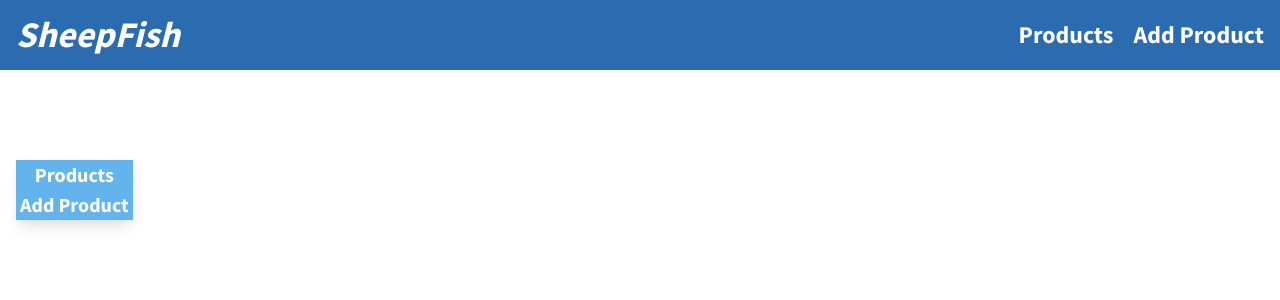
Repository: Marhamat92/sheep-fish-task
Page: /products/add
An editor plug-in stored every save of this project. The page is shown before and after the next save, followed by the edit.
The browser window is 1280 px wide. The pictures show the whole page.
The project was rebuilt for these pictures with package versions that can differ from the ones it lists, and the page was loaded fresh each time. Also part of the build but not shown: src/App.css.

Above is the page before, as saved 2023-03-28 01:05:54.

### public/index.html
<!DOCTYPE html>
<html lang="en">

<head>
  <meta charset="utf-8" />
  <link rel="icon" href="%PUBLIC_URL%/favicon.ico" />
  <meta name="viewport" content="width=device-width, initial-scale=1" />
  <meta name="theme-color" content="#000000" />
  <meta name="description" content="Web site created using create-react-app" />
  <link rel="apple-touch-icon" href="%PUBLIC_URL%/logo192.png" />
  <link rel="preconnect" href="https://fonts.googleapis.com">
  <link rel="preconnect" href="https://fonts.gstatic.com" crossorigin>
  <link href="https://fonts.googleapis.com/css2?family=Source+Sans+Pro:wght@200;300;400;600;700;900&display=swap"
    rel="stylesheet">
  <!--
      manifest.json provides metadata used when your web app is installed on a
      user's mobile device or desktop. See https://developers.google.com/web/fundamentals/web-app-manifest/
    -->
  <link rel="manifest" href="%PUBLIC_URL%/manifest.json" />
  <!--
      Notice the use of %PUBLIC_URL% in the tags above.
      It will be replaced with the URL of the `public` folder during the build.
      Only files inside the `public` folder can be referenced from the HTML.

      Unlike "/favicon.ico" or "favicon.ico", "%PUBLIC_URL%/favicon.ico" will
      work correctly both with client-side routing and a non-root public URL.
      Learn how to configure a non-root public URL by running `npm run build`.
    -->
  <title>SheepFish</title>
</head>

<body>
  <noscript>You need to enable JavaScript to run this app.</noscript>
  <div id="root"></div>
  <!--
      This HTML file is a template.
      If you open it directly in the browser, you will see an empty page.

      You can add webfonts, meta tags, or analytics to this file.
      The build step will place the bundled scripts into the <body> tag.

      To begin the development, run `npm start` or `yarn start`.
      To create a production bundle, use `npm run build` or `yarn build`.
    -->
</body>

</html>

### src/index.css
@tailwind base;
@tailwind components;
@tailwind utilities;


body {
  font-family: 'Source Sans Pro', sans-serif;
}

code {
  font-family: 'Source Sans Pro', sans-serif;
}

### src/App.tsx
import React from "react";
import logo from "./logo.svg";
import "./App.css";
import Header from "./components/Header";

function App() {
  return (
    <div>
      <Header />
    </div>
  );
}

export default App;

### src/components/Header.tsx
import React, { useEffect, useState } from "react";
import { Link } from "react-router-dom";
import { BiMenu } from "react-icons/bi";

type Props = {};

const Header = (props: Props) => {
  const [mobileMenu, setMobileMenu] = useState(false);
  const [showMenu, setShowMenu] = useState(true);

  const checkScreenSize = () => {
    if (window.innerWidth <= 768) {
      setMobileMenu(true);
    } else {
      setMobileMenu(false);
    }
  };

  useEffect(() => {
    checkScreenSize();
    window.addEventListener("resize", checkScreenSize);
    return () => {
      window.removeEventListener("resize", checkScreenSize);
    };
  }, [mobileMenu]);

  return (
    <div className=' bg-mainPrimary '>
      <div className='container flex flex-row justify-between items-center py-2'>
        <div>
          <h1
            className='
            text-4xl font-bold text-white italic
          '
          >
            SheepFish
          </h1>
        </div>
        {mobileMenu ? (
          <BiMenu className='text-3xl text-white' />
        ) : (
          <div className='flex flex-row justify-between space-x-5'>
            <div
              className='text-2xl font-bold text-white hover:underline transition-all duration-300
          cursor-pointer'
            >
              Products
            </div>
            <div className='text-2xl font-bold text-white hover:underline transition-all duration-300 cursor-pointer'>
              Add Product
            </div>
          </div>
        )}
        {showMenu && (
          <div className=' bg-mainTertiary absolute shadow-lg  top-40 px-1 items-center justify-center'>
            <div className='flex flex-col justify-center items-center h-full'>
              <div className='text-xl font-bold text-white hover:underline    '>
                Products
              </div>
              <div className='text-xl font-bold text-white hover:underline    '>
                Add Product
              </div>
            </div>
          </div>
        )}
      </div>
    </div>
  );
};

export default Header;

### tailwind.config.js
/** @type {import('tailwindcss').Config} */
module.exports = {
  content: ["./src/**/*.{js,jsx,ts,tsx}",],
  theme: {
    extend: {
      colors: {
        "textPrimary": "#1a202c",
        "textSecondary": "#2d3748",
        "textTertiary": "#4a5568",
        "mainPrimary": "#2b6cb0",
        "mainSecondary": "#4299e1",
        "mainTertiary": "#63b3ed",
        "success": "#48bb78",
        "danger": "#e53e3e",
        "warning": "#dd6b20",
        "info": "#3182ce",
        "light": "#f7fafc",
        "dark": "#1a202c",
        "white": "#fff",
        "black": "#000",
        //close this
      },
      fontFamily: {
        sans: ["Roboto", "sans-serif"],
      },
      fontSize: {
        "xs": ".75rem",
        "sm": ".875rem",
        "tiny": ".875rem",
        "base": "1rem",
        "lg": "1.125rem",
        "xl": "1.25rem",
        "2xl": "1.5rem",
        "3xl": "1.875rem",
        "4xl": "2.25rem",
        "5xl": "3rem",
        "6xl": "4rem",
        "7xl": "5rem",
        "8xl": "6rem",
        "9xl": "7rem",
        "10xl": "8rem",
      },
      spacing: {
        "0": "0",
        "1": "0.25rem",
        "2": "0.5rem",
        "3": "0.75rem",
        "4": "1rem",
        "5": "1.25rem",
        "6": "1.5rem",
        "8": "2rem",
      },
      boxShadow: {
        "xs": "0 0 0 1px rgba(0, 0, 0, 0.05)",
        "sm": "0 1px 2px 0 rgba(0, 0, 0, 0.05)",
        "default": "0 1px 3px 0 rgba(0, 0, 0, 0.1), 0 1px 2px 0 rgba(0, 0, 0, 0.06)",
        "md": "0 4px 6px -1px rgba(0, 0, 0, 0.1), 0 2px 4px -1px rgba(0, 0, 0, 0.06)",
        "lg": "0 10px 15px -3px rgba(0, 0, 0, 0.1), 0 4px 6px -2px rgba(0, 0, 0, 0.05)",
        "xl": "0 20px 25px -5px rgba(0, 0, 0, 0.1), 0 10px 10px -5px rgba(0, 0, 0, 0.04)",
        "2xl": "0 25px 50px -12px rgba(0, 0, 0, 0.25)",
      },
      screens: {
        "xs": "320px",
        "sm": "640px",
        "md": "768px",
        "lg": "1024px",
        "xl": "1280px",
        "2xl": "1536px",
      },

      container: {
        center: true,
        padding: "1rem",
      },

    },
    plugins: [




    ],
  }
}

Loaded but not shown: src/index.tsx (common file); src/reportWebVitals.ts (common file)

After the next save:
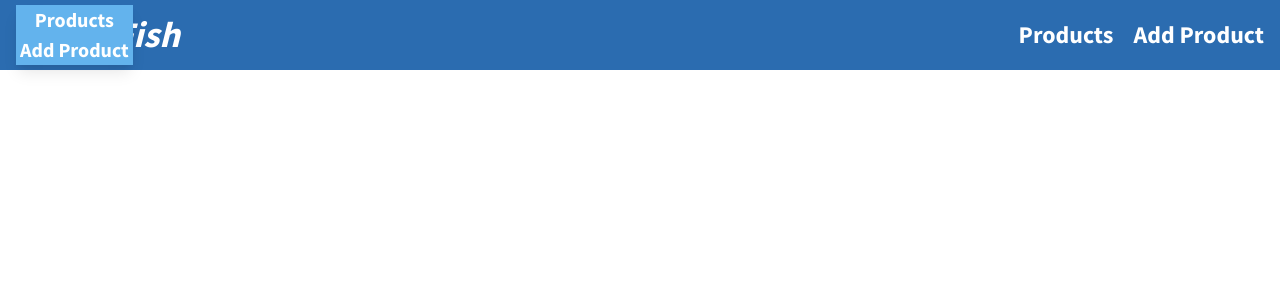
Saved 6 s later.
--- a/src/components/Header.tsx
+++ b/src/components/Header.tsx
@@ -52,7 +52,7 @@
           </div>
         )}
         {showMenu && (
-          <div className=' bg-mainTertiary absolute shadow-lg  top-40 px-1 items-center justify-center'>
+          <div className=' bg-mainTertiary absolute shadow-lg   px-1 items-center justify-center'>
             <div className='flex flex-col justify-center items-center h-full'>
               <div className='text-xl font-bold text-white hover:underline    '>
                 Products
